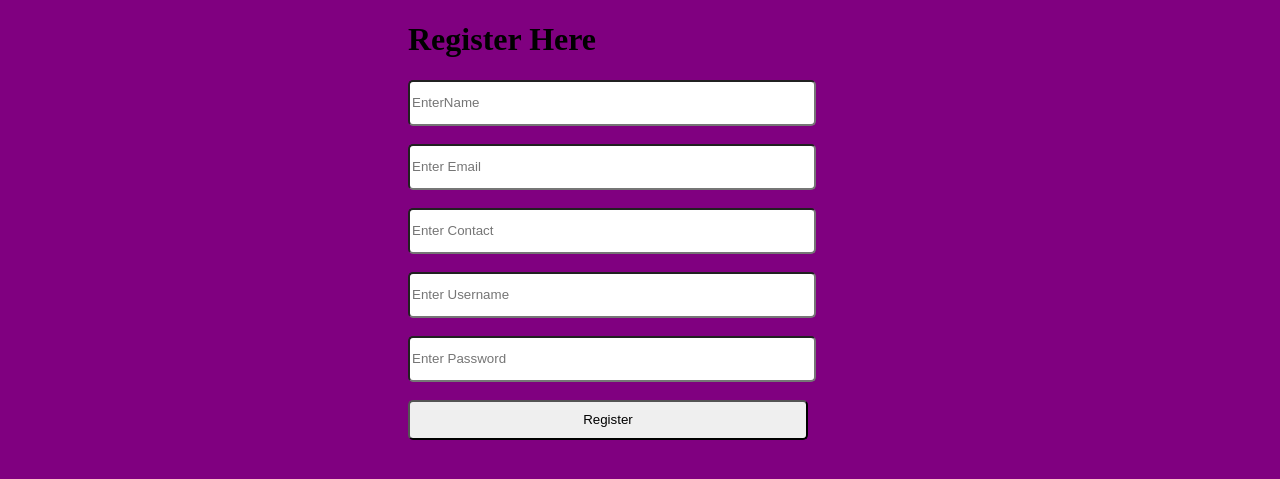
Repository: vaibhaokamble/MY_INSTITUTE_PUNE
Page: SERVLET/MiniProjectServlet/src/main/webapp/register.html
The author's editor kept a copy of each file at every save. The page is drawn from the files as they stood at one save, then again after the next save.
The browser window is 1280 px wide. The pictures show the whole page.

Above is the page before, as saved 2022-10-20 06:33:44.

### SERVLET/MiniProjectServlet/src/main/webapp/register.html
<!DOCTYPE html>
<html>
<head>
<meta charset="UTF-8">
<title>Insert title here</title>
<link rel="stylesheet" href="css/register.css" />
</head>
<body>
	<div>
		<h1>Register Here</h1>
		<form name='frm' action='reg' method='POST'>
			<input type='text' name='name' value='' placeholder='EnterName'
				class="control" /><br> <br> <input type='text'
				name='email' value='' placeholder='Enter Email' class="control" /><br>
			<br> <input type='text' name='contact' value=''
				placeholder='Enter Contact' class="control" /><br> <br> <input
				type='text' name='username' value='' placeholder='Enter Username'
				class="control" /><br> <br> <input type='text'
				name='password' value='' placeholder='Enter Password'
				class="control" /><br> <br> <input type='submit' name='s'
				value='Register' class="control" /><br> <br>
		</form>
	</div>
</body>
</html>

### SERVLET/MiniProjectServlet/src/main/webapp/css/register.css
@charset "UTF-8";

body {
	background-color: purple;
}

div {
	width: 800px;
	height: 500px;
	position: relative;
	left: 400px;
}

h1 {
	color: bkack;
}

.control {
	width: 400px;
	height: 40px;
	border-radius: 5px;
}

After the next save:
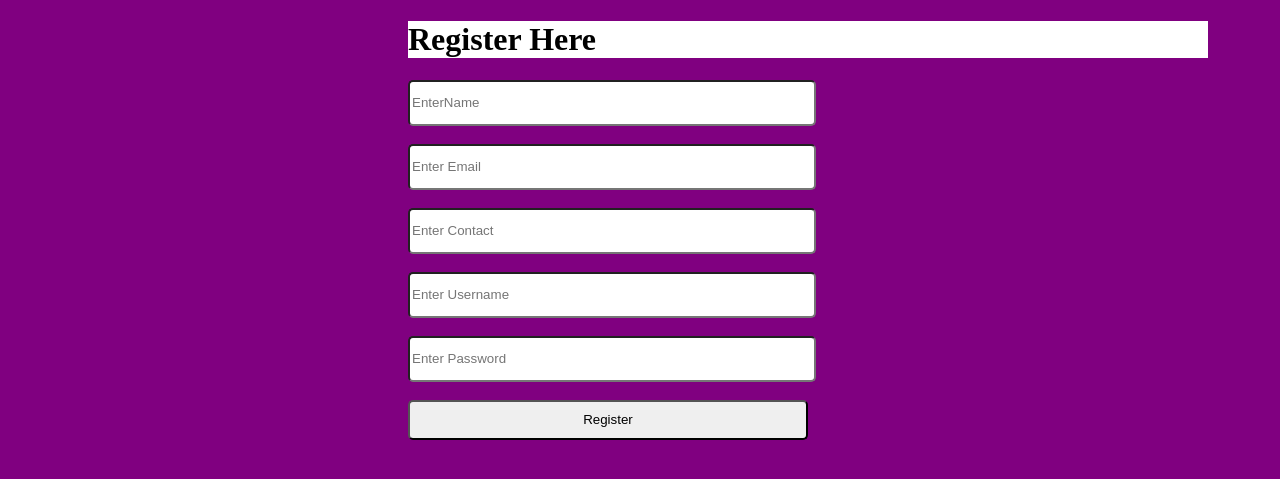
Saved 36 s later.
--- a/SERVLET/MiniProjectServlet/src/main/webapp/css/register.css
+++ b/SERVLET/MiniProjectServlet/src/main/webapp/css/register.css
@@ -13,6 +13,7 @@ div {
 
 h1 {
 	color: bkack;
+	background-color : white;
 }
 
 .control {
